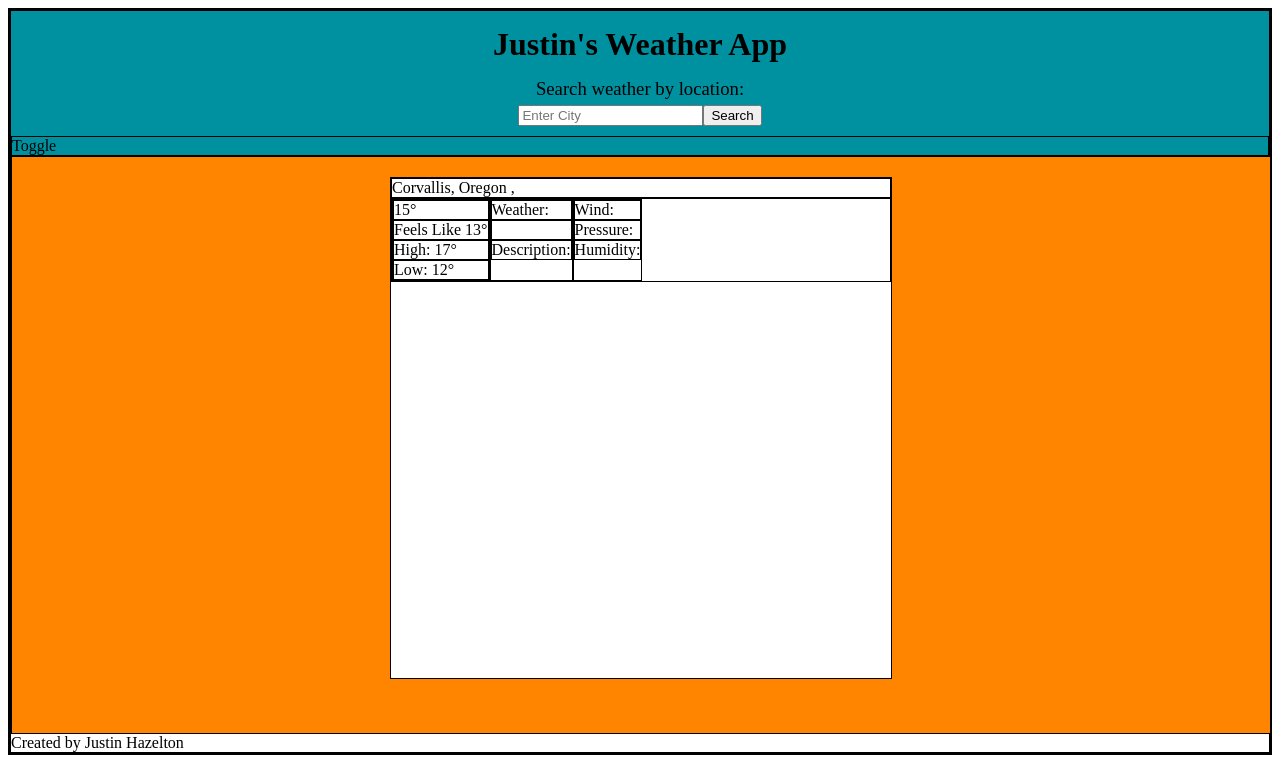
Repository: J-Haze/Weather
Page: /
The author's editor kept a copy of each file at every save. The page is drawn from the files as they stood at one save, then again after the next save.
The browser window is 1280 px wide. The pictures show the whole page.
The project was rebuilt for these pictures with package versions that can differ from the ones it lists, and the page was loaded fresh each time. Also part of the build but not shown: src/index.css.

Above is the page before, as saved 2020-09-06 20:08:13.

After the next save:
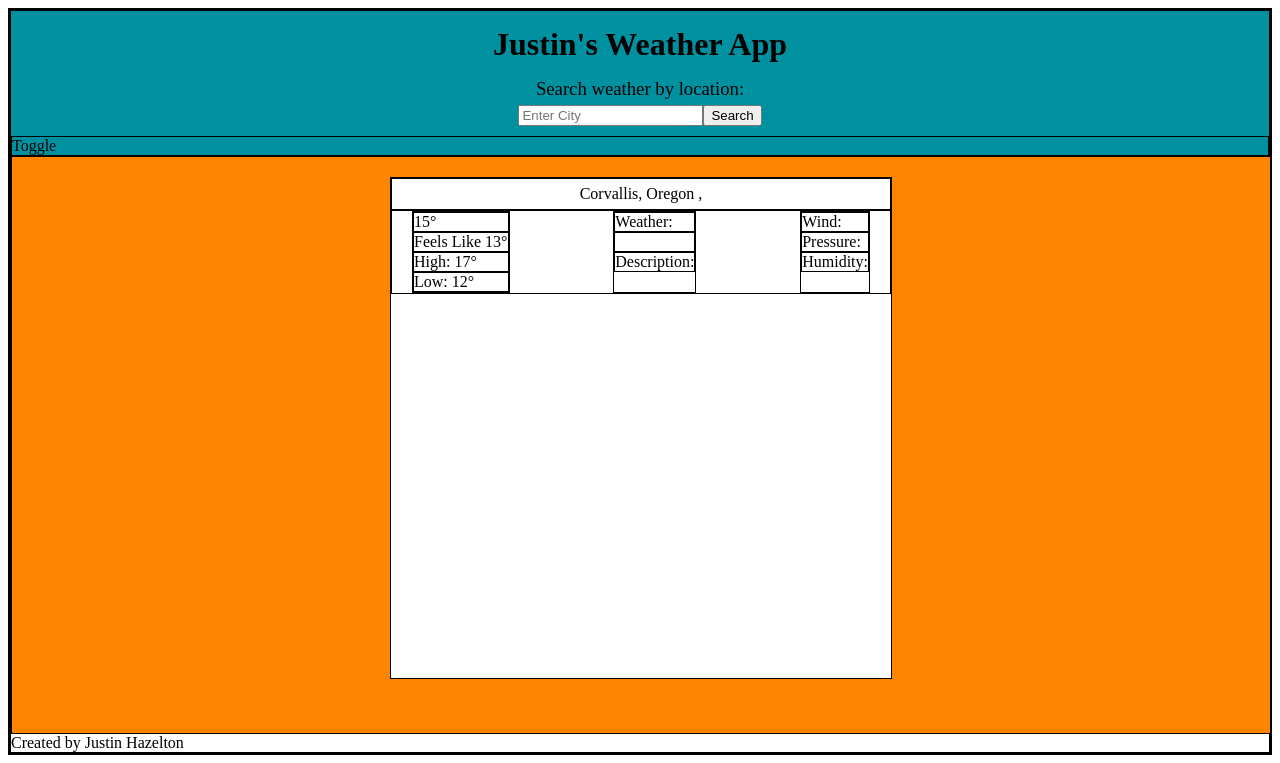
Saved 9 min 9 s later.
--- a/src/App.css
+++ b/src/App.css
@@ -108,8 +108,24 @@ header{
     display: flex;
     margin-left: auto;
     margin-right: auto;
+    justify-content: center;
+     align-items: center;
+     height: 30px;
 }
 
 .row{
     display: flex;
 }
+
+.temp-container{
+    margin-left: 20px;
+}
+
+.weather-container{
+    margin-left: auto;
+    margin-right: auto;
+}
+
+.other-container{
+    margin-right: 20px;
+}
